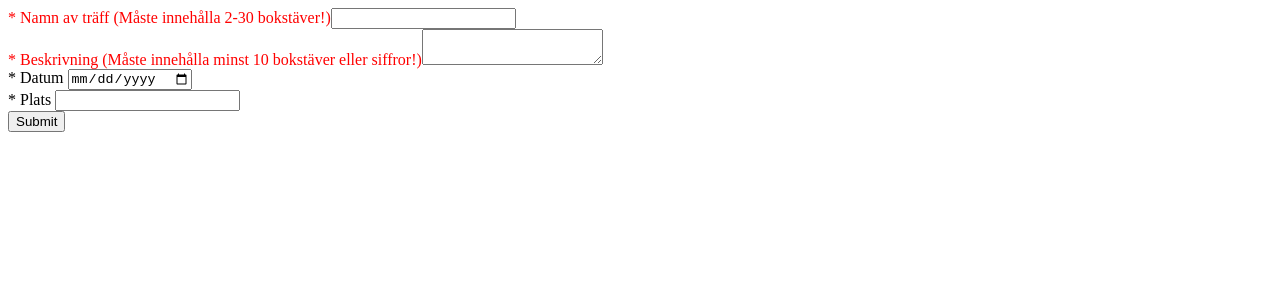
Repository: la222tc/1DV404_HT14_D_4_la222tc
Page: Iteration 2/index.html
The author's editor kept a record of every edit. The page is drawn from the files as they stood at one moment, then again after the next edit.
The browser window is 1280 px wide. The pictures show the whole page.

Above is the page before.
Console error: TypeError: Validator.validateDate is not a function

After the next edit:
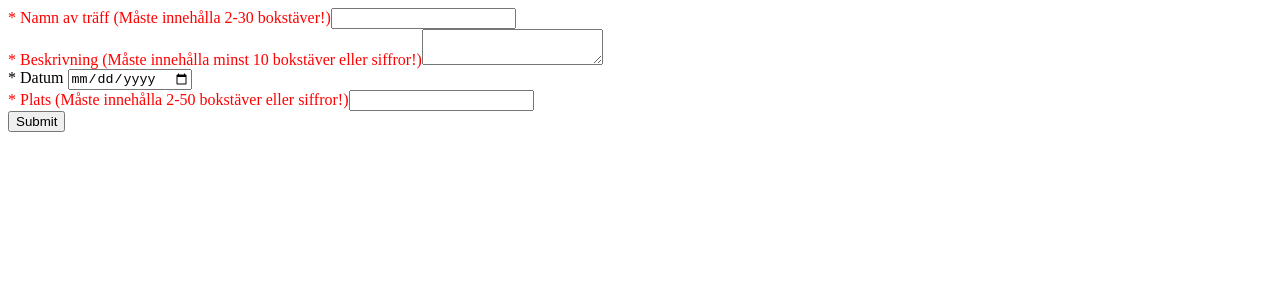
The error is gone.
The edit:
--- a/Iteration 2/js/Validator.js
+++ b/Iteration 2/js/Validator.js
@@ -44,8 +44,8 @@
         }
     },
 
-    validateDescription: function (Name) {
-        var labelDescription = document.getElementById("labelDescription");
+    validateDate: function (Name) {
+        var labelDate = document.getElementById("labelDate");
 
         var regex = /^[a-zA-Z0-9 ]{10,500}$/;
 
